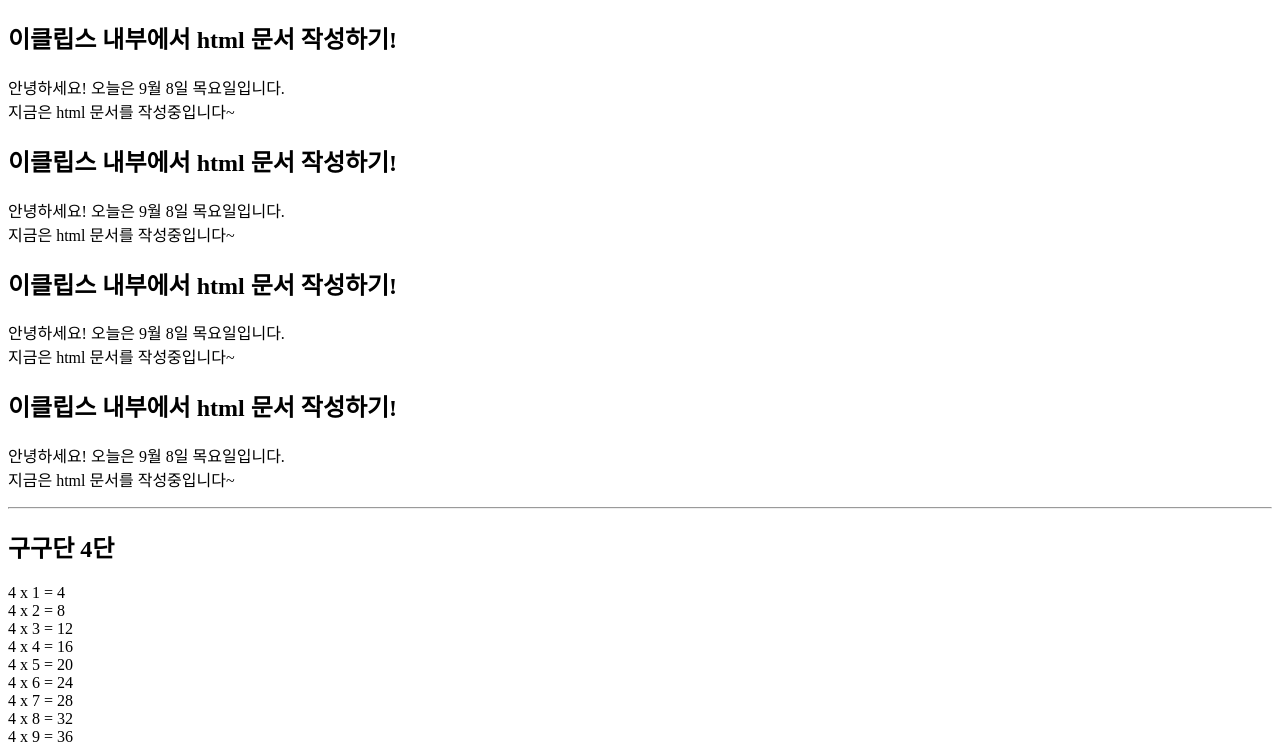
Repository: samkkkkkkk/Jsp_basic
Page: http://localhost/JspBasic/hello.jsp
These files come from the project's save history. The page is drawn as it stood at one moment and after the next save; the edit follows.
The browser window is 1280 px wide. The pictures show the whole page.
The page is served by Tomcat 9.

Above is the page before, as saved 2023-09-08 08:03:06.

After the next save:
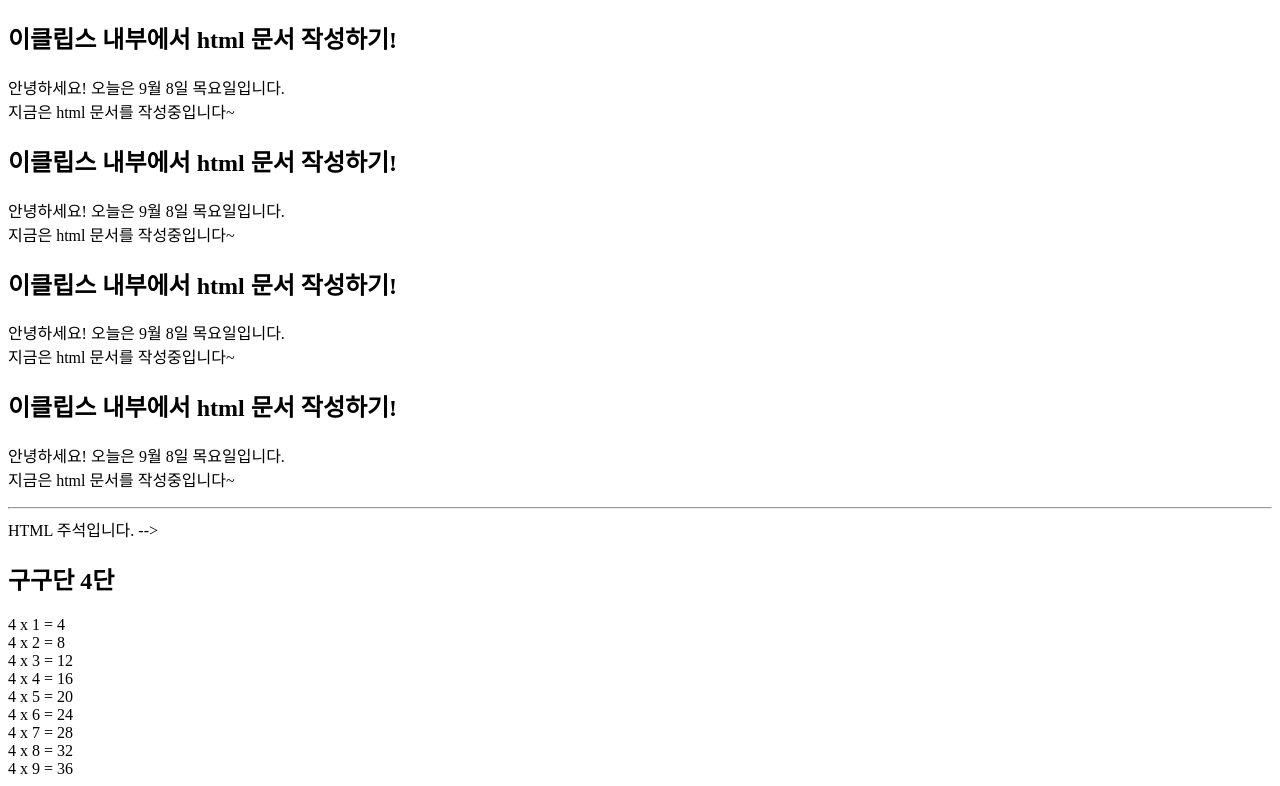
Saved 94 s later.
--- a/JspBasic/src/main/webapp/hello.jsp
+++ b/JspBasic/src/main/webapp/hello.jsp
@@ -18,6 +18,8 @@
 
 	<hr>
 
+	<!-- HTML 주석입니다. --> HTML 주석입니다. -->
+	<%-- Jsp 주석입니다. --%>
 	<h2>구구단 4단</h2>
 	<% for(int hang = 1; hang<=9; hang++) { %>
 		4 x <%= hang %> = <%=4*hang %> <br>

After the save that followed:
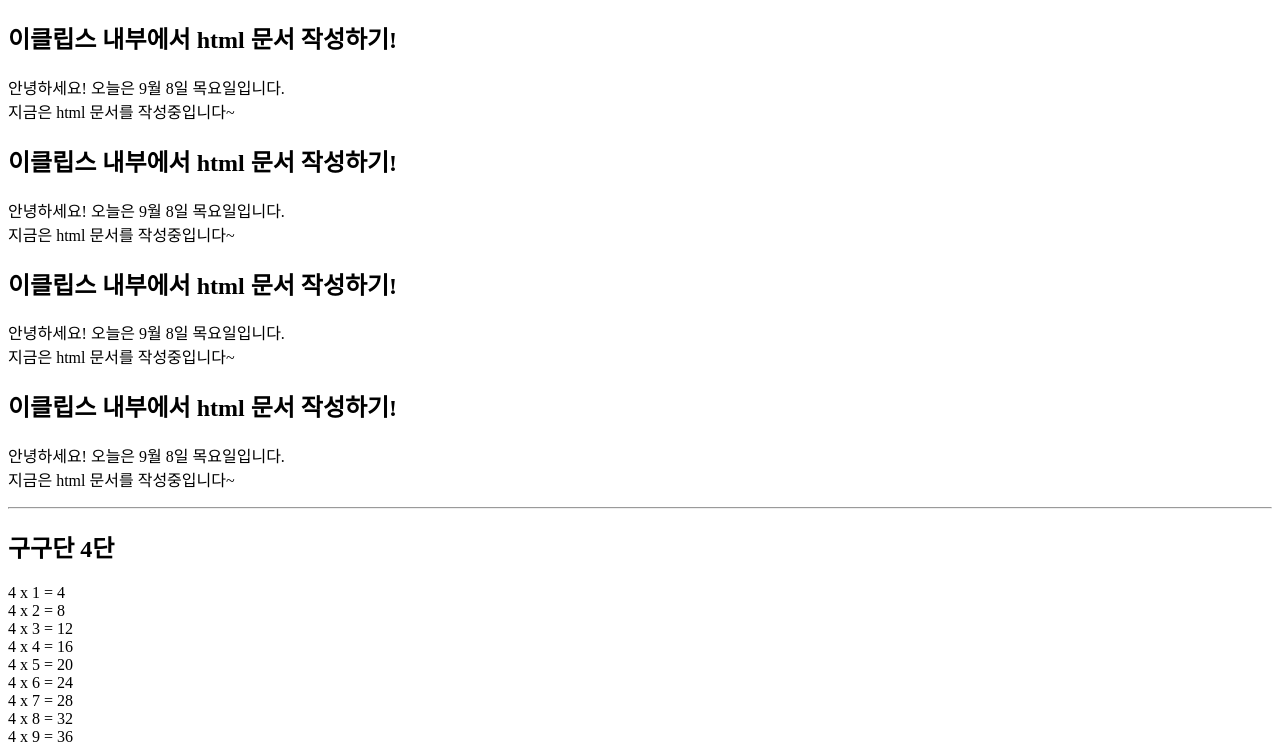
Saved 4 s later.
--- a/JspBasic/src/main/webapp/hello.jsp
+++ b/JspBasic/src/main/webapp/hello.jsp
@@ -18,7 +18,7 @@
 
 	<hr>
 
-	<!-- HTML 주석입니다. --> HTML 주석입니다. -->
+	<!-- HTML 주석입니다. -->
 	<%-- Jsp 주석입니다. --%>
 	<h2>구구단 4단</h2>
 	<% for(int hang = 1; hang<=9; hang++) { %>
